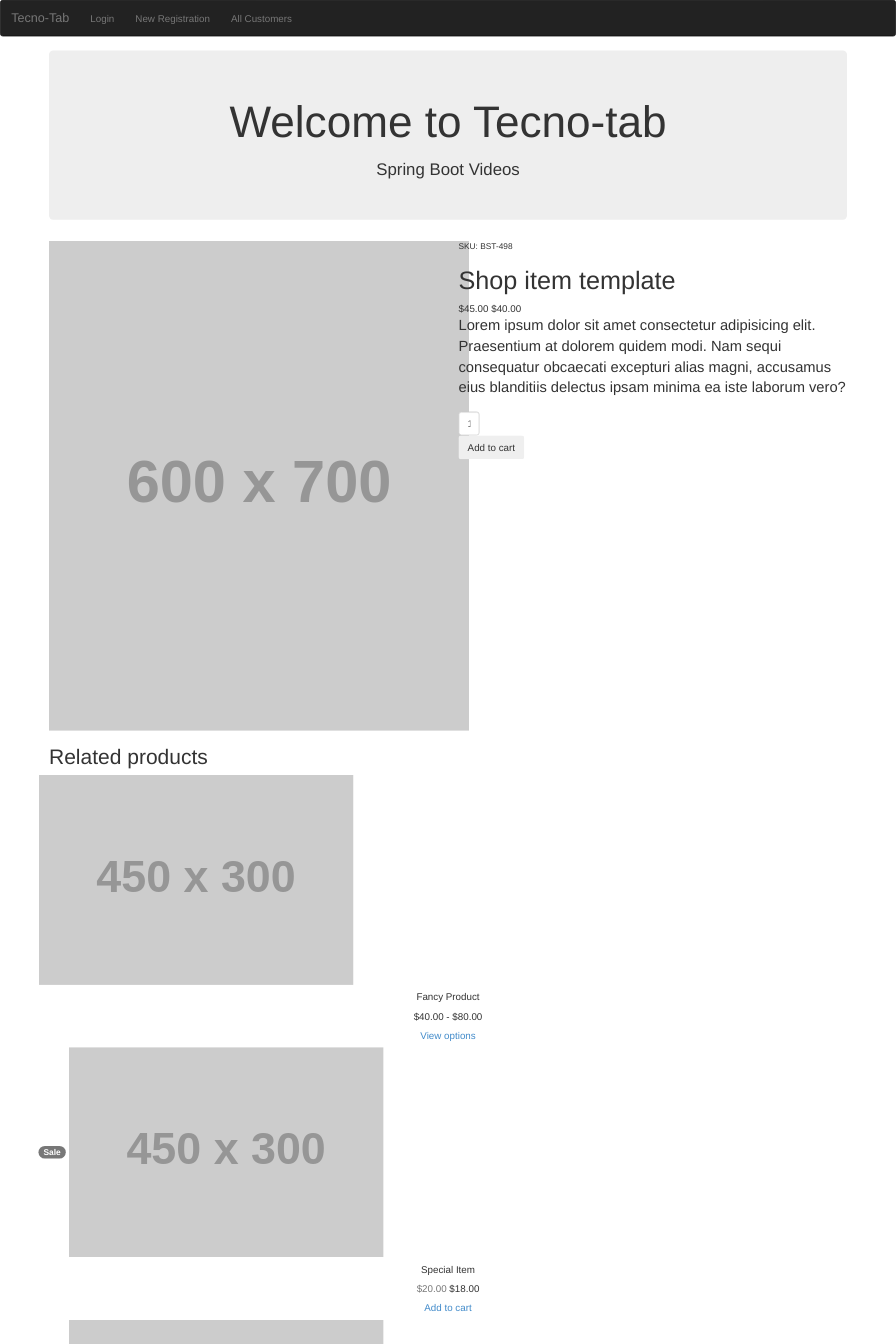
Repository: MAHENDRAREDDY98/Final-Project
Page: http://localhost/shopping_mall/WEB-INF/view/homepage.jsp
An editor plug-in stored every save of this project. The page is shown before and after the next save, followed by the edit.
The browser window is 1280 px wide. The pictures show the part of the page from y = 0 to 1920 px (the page is 2694 px tall), at 70% of full size.
The page is served by Tomcat 9. Nobody is signed in. Other server files are loaded and not shown. The template is opened directly, without the code that normally fills it, so the values that code supplies are empty.

Above is the page before, as saved 2021-09-17 05:02:49.
Not found: shopping_mall/shopping_mall/WEB-INF/view/js/scripts.js

### shopping_mall/src/main/webapp/WEB-INF/view/homepage.jsp
<%@ page language="java" contentType="text/html; charset=ISO-8859-1"
    pageEncoding="ISO-8859-1"%>
<!DOCTYPE html >
<%@taglib uri="http://java.sun.com/jsp/jstl/core" prefix="c"%>

<html>
<head>
<script src="static/js/jquery-1.11.1.min.js"></script>
	<script src="static/js/bootstrap.min.js"></script>
<meta charset="utf-8">
<meta http-equiv="X-UA-Compatible" content="IE=edge">
<meta http-equiv="Pragma" content="no-cache">
<meta http-equiv="Cache-Control" content="no-cache">
<meta http-equiv="Expires" content="sat, 01 Dec 2001 00:00:00 GMT">
<link rel = "icon" href = "https://i.ibb.co/6X2yX57/544e83135d79e-thumb900.jpg" type = "image/x-icon">
<title>SSS Shoping Mall</title>
<link href="static/css/bootstrap.min.css" rel="stylesheet">
<link href="static/css/style.css" rel="stylesheet">
<!--[if lt IE 9]>
      <script src="https://oss.maxcdn.com/html5shiv/3.7.3/html5shiv.min.js"></script>
      <script src="https://oss.maxcdn.com/respond/1.4.2/respond.min.js"></script>
    <![endif]-->

</head>
<body>
	<div role="navigation">
		<div class="navbar navbar-inverse">
			<a href="/welcome" class="navbar-brand">Tecno-Tab</a>
			<div class="navbar-collapse collapse">
				<ul class="nav navbar-nav">
					<li><a href="/login">Login</a></li>
					<li><a href="/register">New Registration</a></li>
					<li><a href="/show-customers">All Customers</a></li>
				</ul>
			</div>
		</div>
	</div>

	<div class="container" id="homediv">
		<div class="jumbotron text-center">
			<h1>Welcome to Tecno-tab</h1>
			<h3>Spring Boot Videos</h3>
		</div>
	</div>

	<section class="py-5">
            <div class="container px-4 px-lg-5 my-5">
                <div class="row gx-4 gx-lg-5 align-items-center">
                    <div class="col-md-6"><img class="card-img-top mb-5 mb-md-0" src="https://dummyimage.com/600x700/dee2e6/6c757d.jpg" alt="..." /></div>
                    <div class="col-md-6">
                        <div class="small mb-1">SKU: BST-498</div>
                        <h1 class="display-5 fw-bolder">Shop item template</h1>
                        <div class="fs-5 mb-5">
                            <span class="text-decoration-line-through">$45.00</span>
                            <span>$40.00</span>
                        </div>
                        <p class="lead">Lorem ipsum dolor sit amet consectetur adipisicing elit. Praesentium at dolorem quidem modi. Nam sequi consequatur obcaecati excepturi alias magni, accusamus eius blanditiis delectus ipsam minima ea iste laborum vero?</p>
                        <div class="d-flex">
                            <input class="form-control text-center me-3" id="inputQuantity" type="num" value="1" style="max-width: 3rem" />
                            <button class="btn btn-outline-dark flex-shrink-0" type="button">
                                <i class="bi-cart-fill me-1"></i>
                                Add to cart
                            </button>
                        </div>
                    </div>
                </div>
            </div>
        </section>
        <!-- Related items section-->
        <section class="py-5 bg-light">
            <div class="container px-4 px-lg-5 mt-5">
                <h2 class="fw-bolder mb-4">Related products</h2>
                <div class="row gx-4 gx-lg-5 row-cols-2 row-cols-md-3 row-cols-xl-4 justify-content-center">
                    <div class="col mb-5">
                        <div class="card h-100">
                            <!-- Product image-->
                            <img class="card-img-top" src="https://dummyimage.com/450x300/dee2e6/6c757d.jpg" alt="..." />
                            <!-- Product details-->
                            <div class="card-body p-4">
                                <div class="text-center">
                                    <!-- Product name-->
                                    <h5 class="fw-bolder">Fancy Product</h5>
                                    <!-- Product price-->
                                    $40.00 - $80.00
                                </div>
                            </div>
                            <!-- Product actions-->
                            <div class="card-footer p-4 pt-0 border-top-0 bg-transparent">
                                <div class="text-center"><a class="btn btn-outline-dark mt-auto" href="#">View options</a></div>
                            </div>
                        </div>
                    </div>
                    <div class="col mb-5">
                        <div class="card h-100">
                            <!-- Sale badge-->
                            <div class="badge bg-dark text-white position-absolute" style="top: 0.5rem; right: 0.5rem">Sale</div>
                            <!-- Product image-->
                            <img class="card-img-top" src="https://dummyimage.com/450x300/dee2e6/6c757d.jpg" alt="..." />
                            <!-- Product details-->
                            <div class="card-body p-4">
                                <div class="text-center">
                                    <!-- Product name-->
                                    <h5 class="fw-bolder">Special Item</h5>
                                    <!-- Product reviews-->
                                    <div class="d-flex justify-content-center small text-warning mb-2">
                                        <div class="bi-star-fill"></div>
                                        <div class="bi-star-fill"></div>
                                        <div class="bi-star-fill"></div>
                                        <div class="bi-star-fill"></div>
                                        <div class="bi-star-fill"></div>
                                    </div>
                                    <!-- Product price-->
                                    <span class="text-muted text-decoration-line-through">$20.00</span>
                                    $18.00
                                </div>
                            </div>
                            <!-- Product actions-->
                            <div class="card-footer p-4 pt-0 border-top-0 bg-transparent">
                                <div class="text-center"><a class="btn btn-outline-dark mt-auto" href="#">Add to cart</a></div>
                            </div>
                        </div>
                    </div>
                    <div class="col mb-5">
                        <div class="card h-100">
                            <!-- Sale badge-->
                            <div class="badge bg-dark text-white position-absolute" style="top: 0.5rem; right: 0.5rem">Sale</div>
                            <!-- Product image-->
                            <img class="card-img-top" src="https://dummyimage.com/450x300/dee2e6/6c757d.jpg" alt="..." />
                            <!-- Product details-->
                            <div class="card-body p-4">
                                <div class="text-center">
                                    <!-- Product name-->
                                    <h5 class="fw-bolder">Sale Item</h5>
                                    <!-- Product price-->
                                    <span class="text-muted text-decoration-line-through">$50.00</span>
                                    $25.00
                                </div>
                            </div>
                            <!-- Product actions-->
                            <div class="card-footer p-4 pt-0 border-top-0 bg-transparent">
                                <div class="text-center"><a class="btn btn-outline-dark mt-auto" href="#">Add to cart</a></div>
                            </div>
                        </div>
                    </div>
                    <div class="col mb-5">
                        <div class="card h-100">
                            <!-- Product image-->
                            <img class="card-img-top" src="https://dummyimage.com/450x300/dee2e6/6c757d.jpg" alt="..." />
                            <!-- Product details-->
                            <div class="card-body p-4">
                                <div class="text-center">
                                    <!-- Product name-->
                                    <h5 class="fw-bolder">Popular Item</h5>
                                    <!-- Product reviews-->
                                    <div class="d-flex justify-content-center small text-warning mb-2">
                                        <div class="bi-star-fill"></div>
                                        <div class="bi-star-fill"></div>
                                        <div class="bi-star-fill"></div>
                                        <div class="bi-star-fill"></div>
                                        <div class="bi-star-fill"></div>
                                    </div>
                                    <!-- Product price-->
                                    $40.00
                                </div>
                            </div>
                            <!-- Product actions-->
                            <div class="card-footer p-4 pt-0 border-top-0 bg-transparent">
                                <div class="text-center"><a class="btn btn-outline-dark mt-auto" href="#">Add to cart</a></div>
                            </div>
                        </div>
                    </div>
                </div>
            </div>
        </section>
        <!-- Footer-->
        <footer class="py-5 bg-dark">
            <div class="container"><p class="m-0 text-center text-white">Copyright &copy; Your Website 2021</p></div>
        </footer>
        <!-- Bootstrap core JS-->
        <script src="https://cdn.jsdelivr.net/npm/bootstrap@5.1.0/dist/js/bootstrap.bundle.min.js"></script>
        <!-- Core theme JS-->
        <script src="js/scripts.js"></script>
	<!-- Optional JavaScript -->
	<!-- jQuery first, then Popper.js, then Bootstrap JS -->

</body>
</html>

Loaded but not shown: shopping_mall/src/main/webapp/static/js/jquery-1.11.1.min.js (library); shopping_mall/src/main/webapp/static/js/bootstrap.min.js (library); shopping_mall/src/main/webapp/static/css/bootstrap.min.css (library); shopping_mall/src/main/webapp/static/css/style.css (common file)

After the next save:
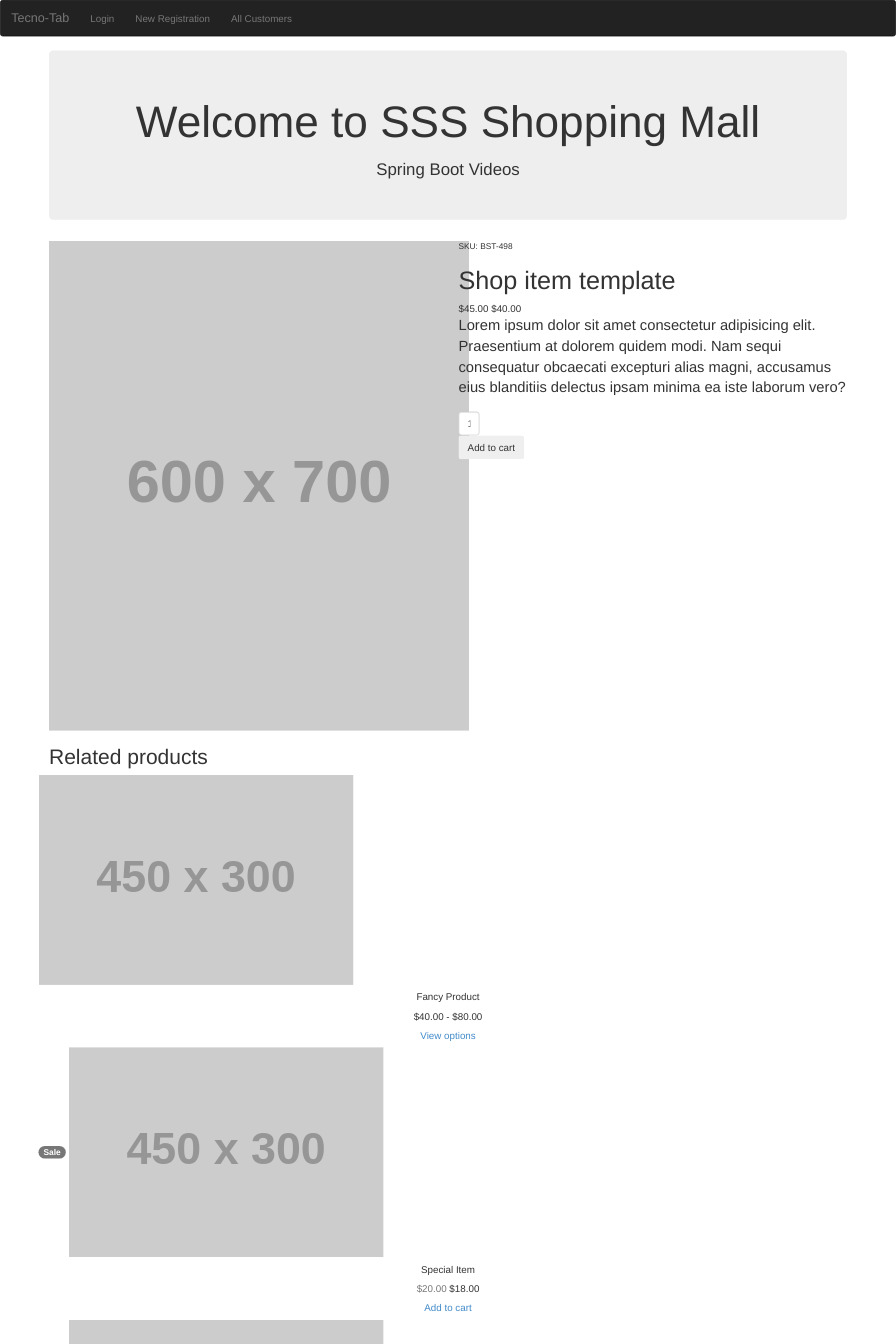
Saved 41 s later.
--- a/shopping_mall/src/main/webapp/WEB-INF/view/homepage.jsp
+++ b/shopping_mall/src/main/webapp/WEB-INF/view/homepage.jsp
@@ -38,7 +38,7 @@
 
 	<div class="container" id="homediv">
 		<div class="jumbotron text-center">
-			<h1>Welcome to Tecno-tab</h1>
+			<h1>Welcome to SSS Shopping Mall</h1>
 			<h3>Spring Boot Videos</h3>
 		</div>
 	</div>
